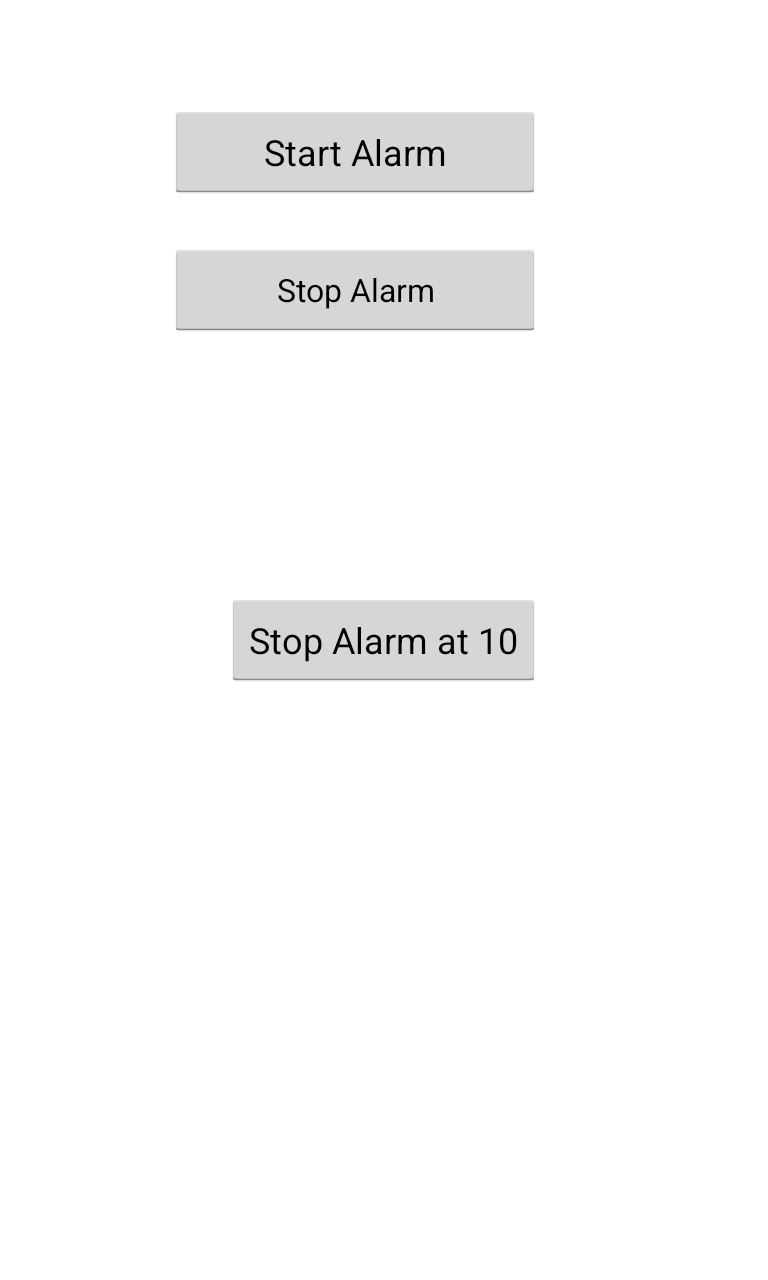
Repository: vinothknr1/aamec-mad-lab
Layout: alarm-app-1/res/layout/activity_main.xml
These files come from the project's save history. The layout is drawn as it stood at one moment and after the next save; the edit follows.
It is drawn on a 768 x 1280 px phone screen (xhdpi) without system bars, with theme AppTheme; the app's code is not run.

Above is the layout before, as saved 2022-06-26 07:53:19.

After the next save:
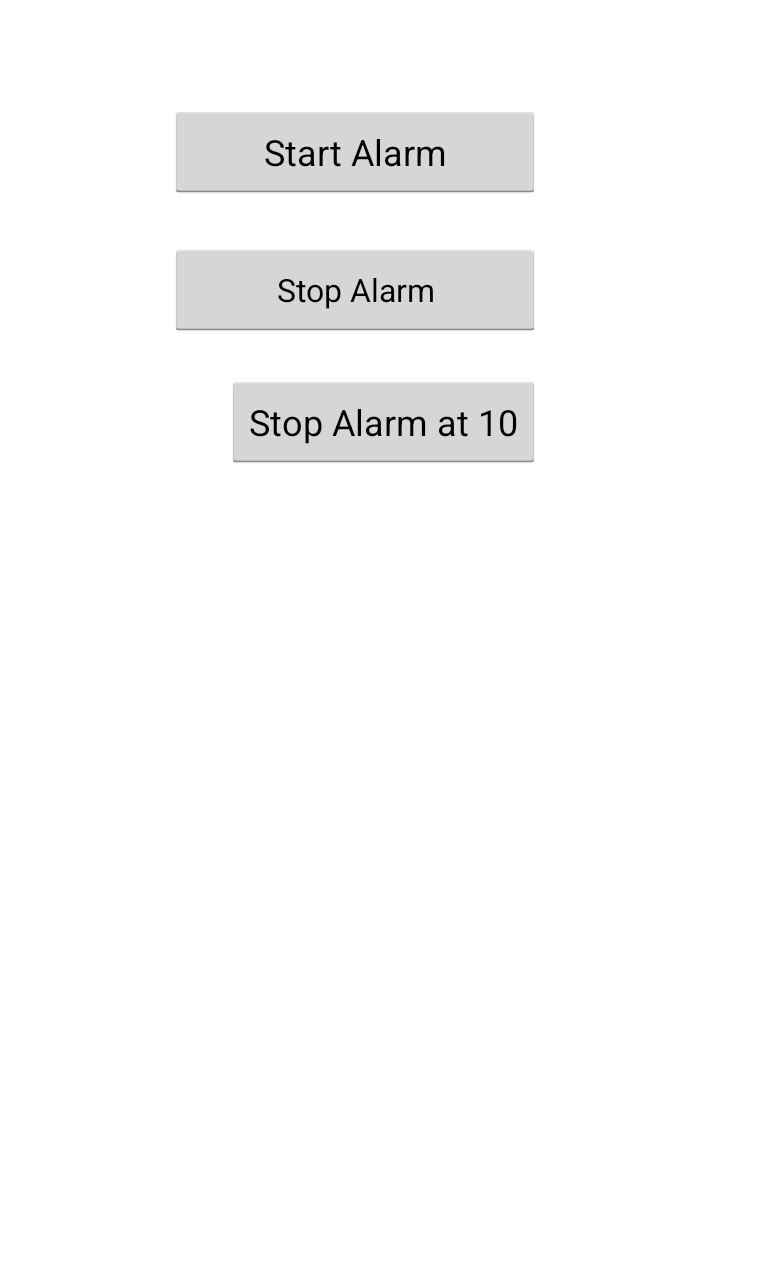
Saved 20 s later.
--- a/alarm-app-1/res/layout/activity_main.xml
+++ b/alarm-app-1/res/layout/activity_main.xml
@@ -35,8 +35,9 @@
      android:id="@+id/button3"
      android:layout_width="wrap_content"
      android:layout_height="wrap_content"
+     android:layout_below="@+id/button2"
      android:layout_centerHorizontal="true"
-     android:layout_centerVertical="true"
+     android:layout_marginTop="18dp"
      android:text="Stop Alarm at 10" />
 
 </RelativeLayout>
